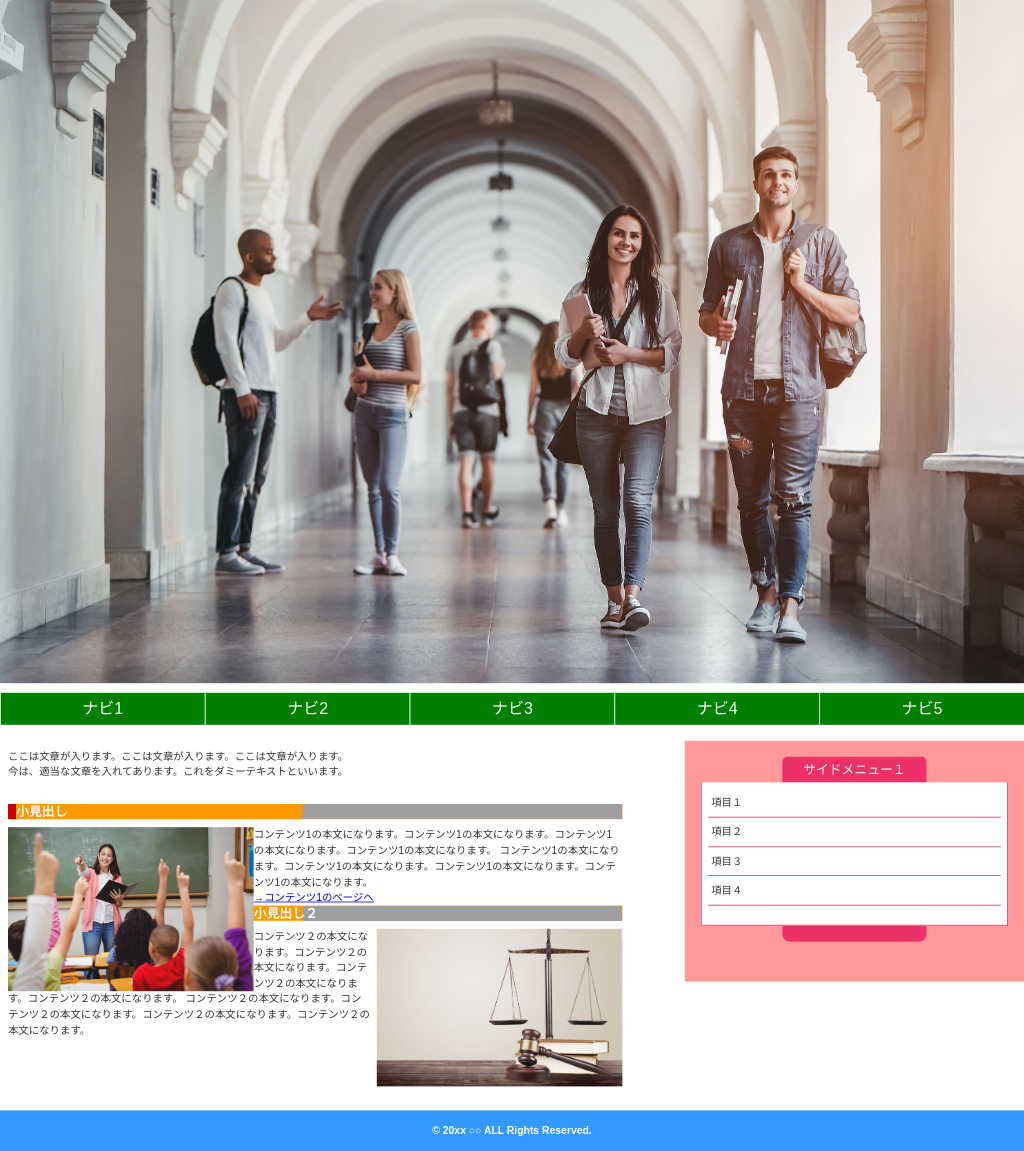
Repository: Habo-10/samurai_HTML-CSS
Page: home.html
The author's editor kept a record of every edit. The page is drawn from the files as they stood at one moment, then again after the next edit.
The browser window is 1280 px wide. The pictures show the whole page, at 80% of full size.
Pictures or frames that could not be fetched are drawn as grey boxes.

Above is the page before.

### home.html
<!DOCTYPE html>
<html lang="ja">
  <head>
    <meta charset="UTF-8">
    <title>HTML/CSSの学習</title>
    <link rel="stylesheet" href="stylesheet.css">
  </head>
  <body>
      <div id="header">
          <h1><a href="index.html"><img id="corridor" src="images/corridor.jpg" alt="大学の廊下" /></a></h1>
      </div>
    <div id="wrapper">
      <div id="nav">
        <ul>
          <li><a href="home.html">ナビ1</a></li>
          <li><a href="#">ナビ2</a></li>
          <li><a href="#">ナビ3</a></li>
          <li><a href="#">ナビ4</a></li>
          <li><a href="#">ナビ5</a></li>
        </ul>
      </div>
        <div id="container">
          <div id="main">
            <div class="post">
                <p>ここは文章が入ります。ここは文章が入ります。ここは文章が入ります。<br />今は、適当な文章を入れてあります。これをダミーテキストといいます。</p>
            </div
            <div class="post clearfix">
                <h2>小見出し</h2>
                <img class="left" src="images/classroom.jpg" alt="授業風景"　/>
                <p>
                  コンテンツ1の本文になります。コンテンツ1の本文になります。コンテンツ1の本文になります。コンテンツ1の本文になります。
                  コンテンツ1の本文になります。コンテンツ1の本文になります。コンテンツ1の本文になります。コンテンツ1の本文になります。
                </p>
                <p><a href="#">→コンテンツ1のページへ</a></p>
            <div class="post clearfix">
                <h2>小見出し２</h2>
                <img class="right" src="images/scale.jpg" alt="天秤" />
                <p>
                  コンテンツ２の本文になります。コンテンツ２の本文になります。コンテンツ２の本文になります。コンテンツ２の本文になります。
                  コンテンツ２の本文になります。コンテンツ２の本文になります。コンテンツ２の本文になります。コンテンツ２の本文になります。
                </p>
            </div>
          </div>
            <div id="side">
              <div class="box">
                <h2>サイドメニュー１</h2>
                <div class="boxBody">
                  <ul>
                    <li>項目１</li>
                    <li>項目２</li>
                    <li>項目３</li>
                    <li>項目４</li>
                  </ul>
                </div>
              </div>
            </div>
        </div>
    </div>
      <div id="footer">
          <p>&copy; 20xx ○○ ALL Rights Reserved.</p>
      </div>
  </body>
</html>

### stylesheet.css
@charset "utf-8";

body {
    margin: 0;
    padding: 0;
    font-family: "ヒラギノ角ゴ Pro W3", "Hiragino Kaku Gothic Pro", "メイリオ", Meiryo, Osaka, "ＭＳ Ｐゴシック", "MS PGothic", sans-serif;
	color: #333;
	font-size: 13px;
	line-height: 150%;
}
/*-------------------------wrapper----------------------*/
#wrapper {
    width: 100%;
    margin: auto;
    padding: 0px;
    border: 0px;
    background-color: #FFF;
    top: 10px;
    position: relative;
}

/*-------------------------header-----------------------*/
#header {
    width:100%;
}
#header h1 {
    margin: 0;
    padding: 0;
}

#corridor {
    width: 100%;
    height: auto;
}

/*------------------------footer-----------------------*/
#footer {
    clear: both;
    width: 100%;
    padding: 3px 0 3px 0;
    background: #39F;
    color: #FFF;
    font-weight: bold;
    text-align: center;
}

/*------------------------nav-------------------------*/
#nav {
    width: 100%;
}
#nav ul {
    margin: 0;
    padding: 0;
    list-style-type: none;
}
#nav ul li {
    float: left;
    width: 20%;
    text-align: center;
}
#nav ul li a {
    display: block;
    height: 20px;
    margin: 0;
    padding: 10px;
    color: #FFF;
    font-size: 20px;
    text-decoration: none;
    background-color: green;
    border-left: 1px solid white;
}

#nav ul li a:hover {
    filter: drop-shadow(10px 10px 10px black);
}

/*---------------------container---------------------*/
#container {
    width: 100%;
    margin: auto;
    padding-top: 20px;
    clear: both;
}
/*------------------------main-----------------------*/
#main {
    float: left;
    width: 60%;
    padding: 10px 30px 10px 10px;
}
#main h2 {
    margin: 0 0 10px 0;
    color: #FFF;
    font-size: 16px;
    border-left: solid 10px #C00;
    background: #F90 url(../images/main_h2.jpg) right top repeat-y;
}
#main p {
    margin: 0;
    padding: 0;
}
#main .post {
    margin: 0 0 30px 0;
}
#main .post img.right {
    margin: 0 0 0 8px;
}
#main .post img.left {
    margin: 0 8px 0 0;
}
.right {
    float: right;
    width: 40%;
    height: auto;
}
.left {
    float: left;
    width: 40%;
    height: auto;
}
/*----------------------clearfix----------------------*/
.cleafix {
    zoom: 1;
}
.clearfix:after{
    content: "";
    display: block;
    clear: both;
}
/*---------------------side---------------------------*/
#side {
    float: right;
    width: 30%;
    padding: 20px;
    background-color: #F99;
}
#side .box {
    margin: 0 auto 30px auto;
    padding: 0 0 20px 0;
    background: url(images/side_box.png) bottom no-repeat;
}
#side .box h2 {
    margin: 0;
    padding: 8px;
    text-align: center;
    color: #fff;
    font-size: 16px;
    line-height: 16px;
    font-weight: normal;
    background: url(images/side_box_h2.png) center no-repeat;
}
#side .box .boxBody  {
    padding: 8px;
    border-right: solid 1px #C36;
    border-bottom: solid 1px #C36;
    border-left: solid 1px #C36;
    background: #fff;
}
#side .box .boxBody ul {
    margin: 0 0 16px 0;
    padding: 0;
}
#side .box .boxBody ul li {
    padding: 8px 0 8px 4px;
    list-style: none;
    border-bottom: solid 1px #C36;
}

#side .box .boxBody ul li:hover {
    padding: 8px 0 8px 4px;
    list-style: none;
    border-bottom: solid 1px #C36;
    box-hsadow: 0px 4px 4px rgba(0, 0, 0, 0.3)
}

After the next edit:
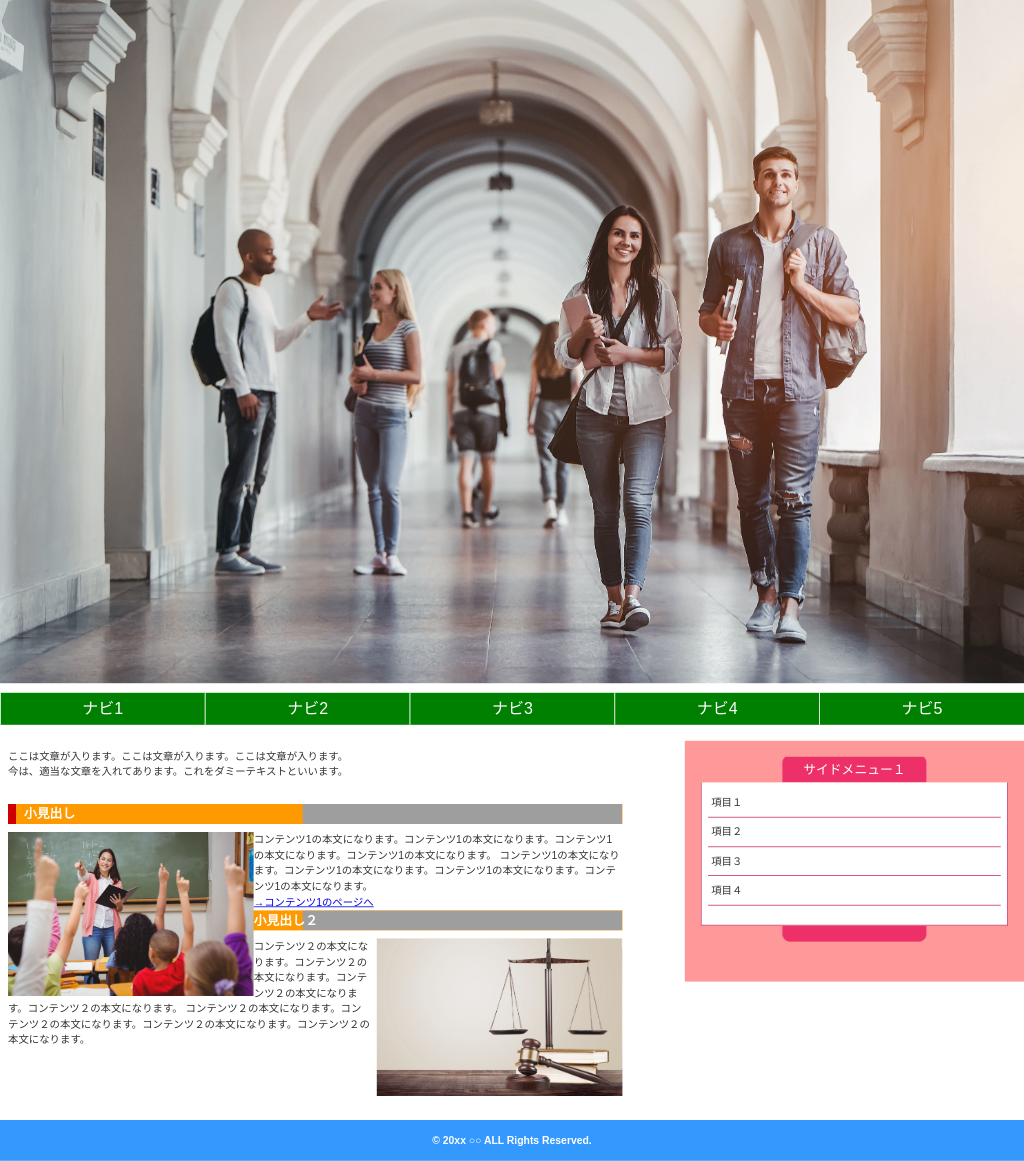
The edit:
--- a/stylesheet.css
+++ b/stylesheet.css
@@ -89,6 +89,7 @@
 }
 #main h2 {
     margin: 0 0 10px 0;
+    padding: 3px 10px  3px 10px ;
     color: #FFF;
     font-size: 16px;
     border-left: solid 10px #C00;
